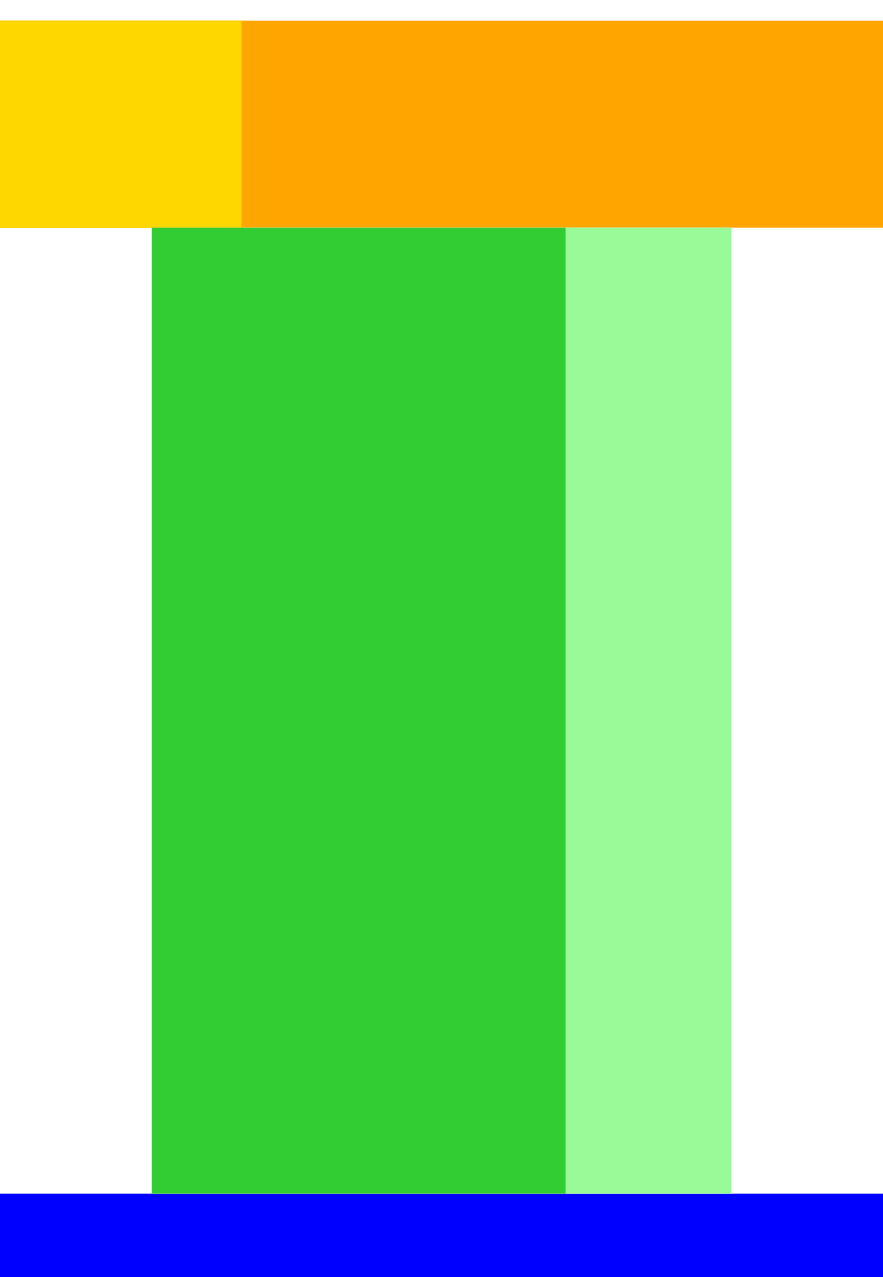
Repository: sutanuki/webcamp
Page: html,css/caravan/index.html
The author's editor kept a record of every edit. The page is drawn from the files as they stood at one moment, then again after the next edit.
The browser window is 1280 px wide. The pictures show the whole page, at 69% of full size.

Above is the page before.

After the next edit:
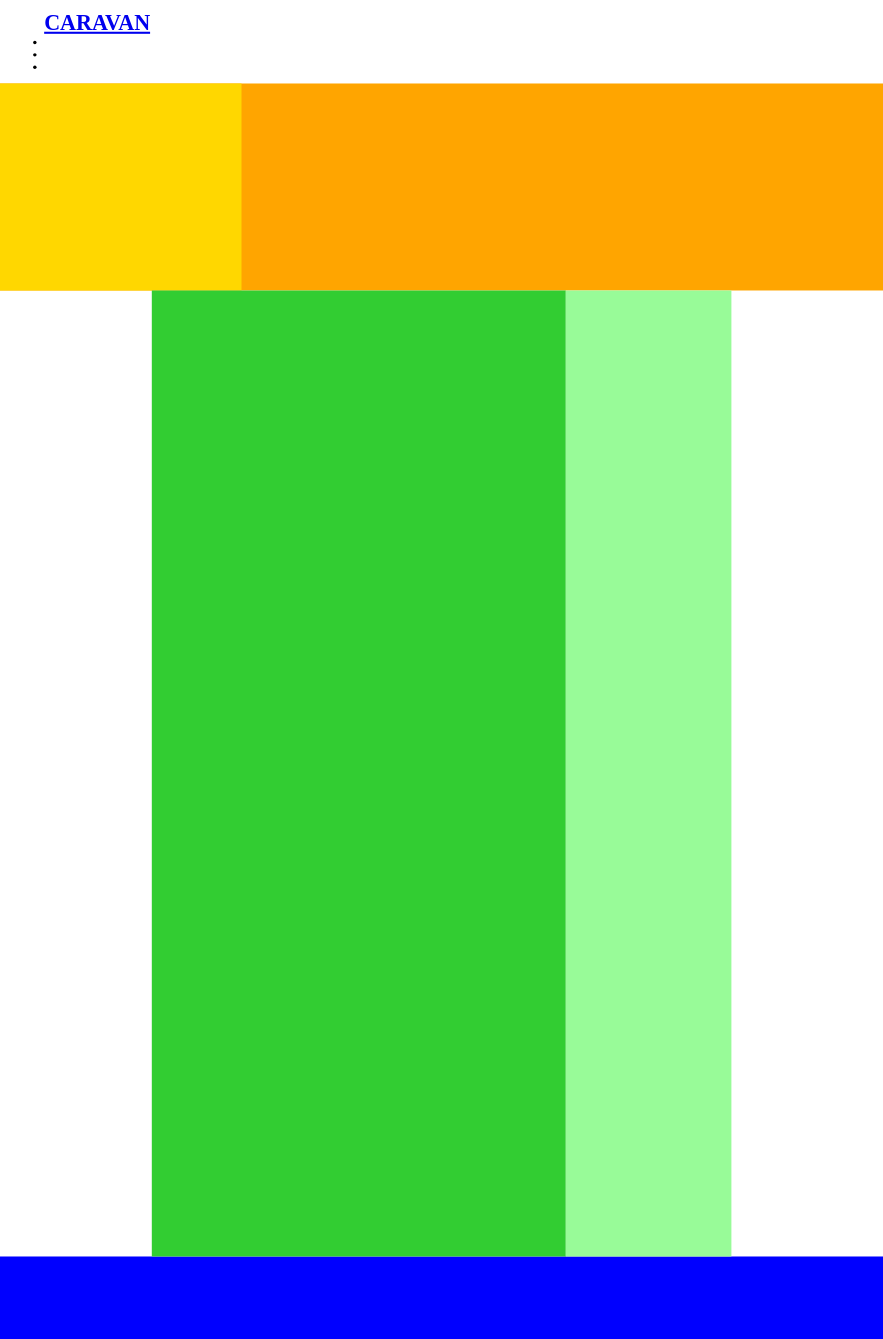
The edit:
--- a/html,css/caravan/index.html
+++ b/html,css/caravan/index.html
@@ -7,8 +7,16 @@
   </head>
   <body>
     <header>
-      <div class="header-top"></div>
-      <div class="header-bottom"></div>
+      <h1>
+        <a href="index.html">CARAVAN</a>
+      </h1>
+      <nav>
+        <ul>
+          <li></li>
+          <li></li>
+          <li></li>
+        </ul>
+      </nav>
     </header>
     <div class="main-visual">
       <div class="main-visual-content"></div>
